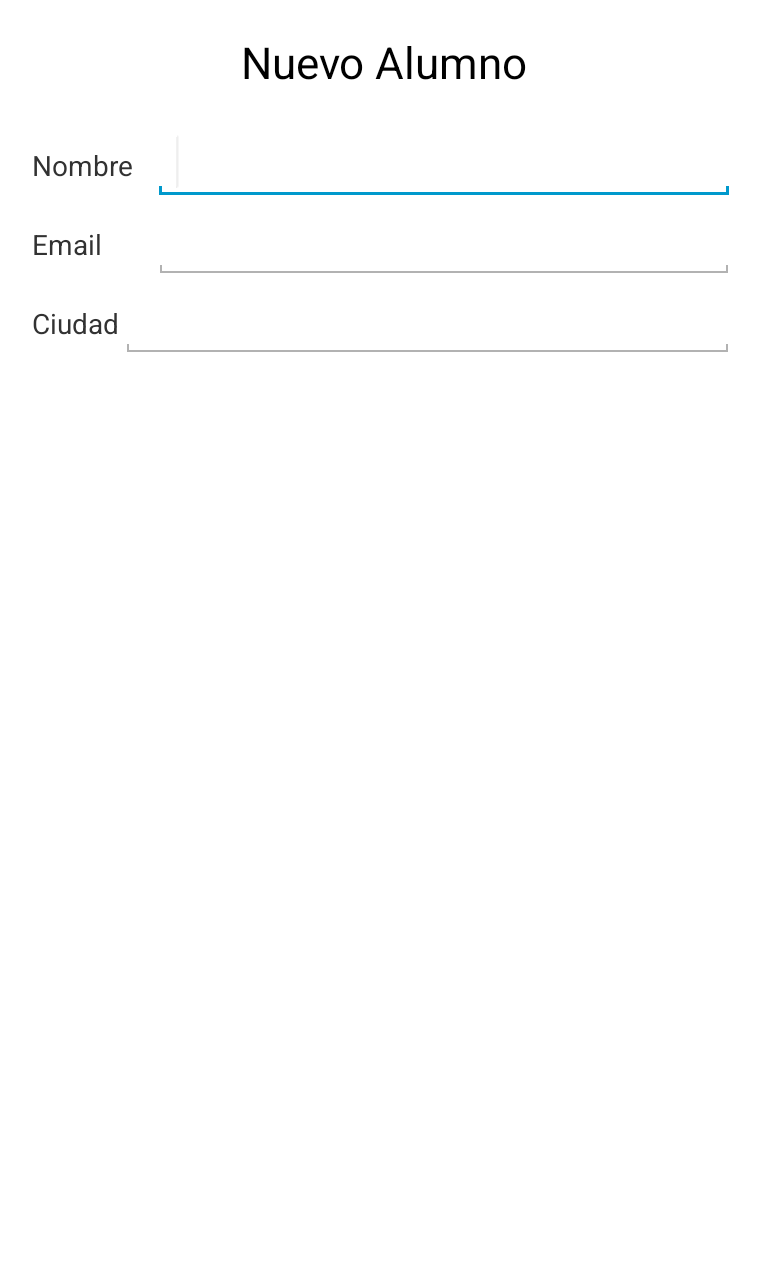
Repository: softwhisper/CiticAndroid-Migrated
Layout: And25.Completo/res/layout/activity_new_student.xml
The author's editor kept a copy of each file at every save. The layout is drawn from the files as they stood at one save, then again after the next save.
It is drawn on a 768 x 1280 px phone screen (xhdpi) without system bars, with theme AppTheme; the app's code is not run.

Above is the layout before, as saved 2014-11-14 11:45:18.

### And25.Completo/res/layout/activity_new_student.xml
<LinearLayout xmlns:android="http://schemas.android.com/apk/res/android"
    xmlns:tools="http://schemas.android.com/tools"
    android:id="@+id/LinearLayout1"
    android:layout_width="match_parent"
    android:layout_height="match_parent"
    android:orientation="vertical"
    android:paddingBottom="@dimen/activity_vertical_margin"
    android:paddingLeft="@dimen/activity_horizontal_margin"
    android:paddingRight="@dimen/activity_horizontal_margin"
    android:paddingTop="@dimen/activity_vertical_margin"
    tools:context="and25.completo.NewStudentActivity" >

    <TextView
        android:id="@+id/textView1"
        android:layout_width="match_parent"
        android:layout_height="wrap_content"
        android:layout_marginBottom="@dimen/activity_horizontal_margin"
        android:gravity="center"
        android:text="@string/new_student_header"
        android:textAppearance="?android:attr/textAppearanceLarge" />

    <LinearLayout
        android:layout_width="match_parent"
        android:layout_height="wrap_content" >

        <TextView
            android:layout_width="60dp"
            android:layout_height="wrap_content"
            android:text="@string/lblName"
            android:textAppearance="?android:attr/textAppearanceSmall" />

        <EditText
            android:id="@+id/editTextName"
            android:layout_width="wrap_content"
            android:layout_height="wrap_content"
            android:layout_weight="1"
            android:ems="10"
            android:inputType="textPersonName" >

            <requestFocus />
        </EditText>

    </LinearLayout>

    <LinearLayout
        android:layout_width="match_parent"
        android:layout_height="wrap_content" >

        <TextView
            android:layout_width="60dp"
            android:layout_height="wrap_content"
            android:text="@string/lblEmail"
            android:textAppearance="?android:attr/textAppearanceSmall" />

        <EditText
            android:id="@+id/editTextEmail"
            android:layout_width="wrap_content"
            android:layout_height="wrap_content"
            android:layout_weight="1"
            android:ems="10"
            android:inputType="textPersonName" />
    </LinearLayout>

    <LinearLayout
        android:layout_width="match_parent"
        android:layout_height="wrap_content" >

        <TextView
            android:layout_width="wrap_content"
            android:layout_height="wrap_content"
            android:text="@string/lblCity"
            android:textAppearance="?android:attr/textAppearanceSmall" />

        <EditText
            android:id="@+id/editTextCity"
            android:layout_width="wrap_content"
            android:layout_height="wrap_content"
            android:layout_weight="1"
            android:ems="10"
            android:inputType="textPersonName" />
    </LinearLayout>

</LinearLayout>

### And25.Completo/res/values/strings.xml
<?xml version="1.0" encoding="utf-8"?>
<resources>

    <string name="app_name">And25.Completo</string>
    <string name="hello_world">Hello world!</string>
    <string name="action_settings">Settings</string>
    <string name="add_student">Nuevo Alumno</string>
    <string name="title_activity_new_student">NewStudentActivity</string>
    <string name="new_student_header">Nuevo Alumno</string>
    <string name="lblName">Nombre</string>
    <string name="lblEmail">Email</string>
    <string name="lblCity">Ciudad</string>
    <string name="lblBtnNew">Crear</string>

</resources>

Loaded but not shown: And25.Completo/res/values/styles.xml (common file); And25.Completo/res/values-v11/styles.xml (common file); And25.Completo/res/values-v14/styles.xml (common file); And25.Completo/res/values/dimens.xml (common file); And25.Completo/res/values-w820dp/dimens.xml (common file)

After the next save:
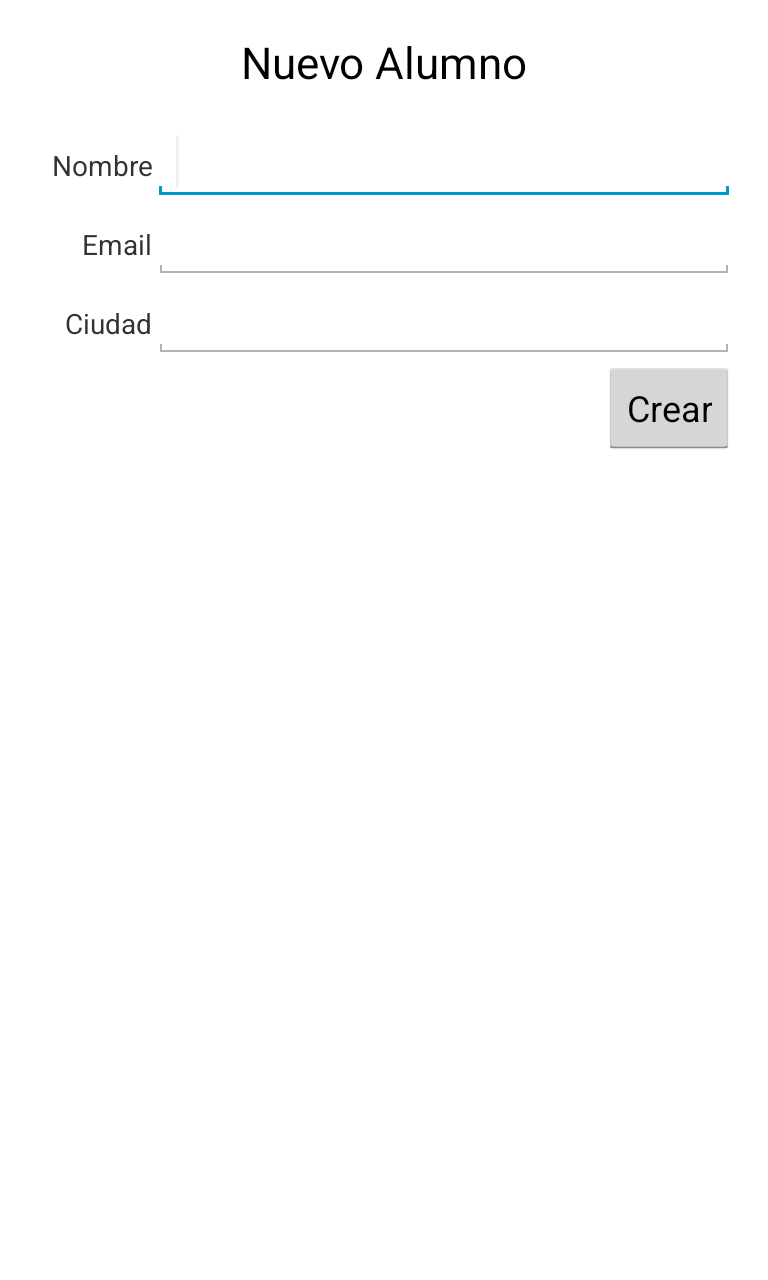
Saved 3 min 16 s later.
--- a/And25.Completo/res/layout/activity_new_student.xml
+++ b/And25.Completo/res/layout/activity_new_student.xml
@@ -26,6 +26,7 @@
         <TextView
             android:layout_width="60dp"
             android:layout_height="wrap_content"
+            android:gravity="right"
             android:text="@string/lblName"
             android:textAppearance="?android:attr/textAppearanceSmall" />
 
@@ -35,6 +36,7 @@
             android:layout_height="wrap_content"
             android:layout_weight="1"
             android:ems="10"
+            android:imeOptions="actionNext"
             android:inputType="textPersonName" >
 
             <requestFocus />
@@ -49,6 +51,7 @@
         <TextView
             android:layout_width="60dp"
             android:layout_height="wrap_content"
+            android:gravity="right"
             android:text="@string/lblEmail"
             android:textAppearance="?android:attr/textAppearanceSmall" />
 
@@ -58,7 +61,9 @@
             android:layout_height="wrap_content"
             android:layout_weight="1"
             android:ems="10"
-            android:inputType="textPersonName" />
+            android:imeOptions="actionNext"
+            android:inputType="textEmailAddress" />
+
     </LinearLayout>
 
     <LinearLayout
@@ -66,8 +71,9 @@
         android:layout_height="wrap_content" >
 
         <TextView
-            android:layout_width="wrap_content"
+            android:layout_width="60dp"
             android:layout_height="wrap_content"
+            android:gravity="right"
             android:text="@string/lblCity"
             android:textAppearance="?android:attr/textAppearanceSmall" />
 
@@ -77,7 +83,16 @@
             android:layout_height="wrap_content"
             android:layout_weight="1"
             android:ems="10"
-            android:inputType="textPersonName" />
+            android:imeOptions="actionSend"
+            android:inputType="textCapWords" />
+
     </LinearLayout>
 
+    <Button
+        android:id="@+id/button1"
+        android:layout_width="wrap_content"
+        android:layout_height="wrap_content"
+        android:layout_gravity="right"
+        android:text="@string/lblBtnNew" />
+
 </LinearLayout>
